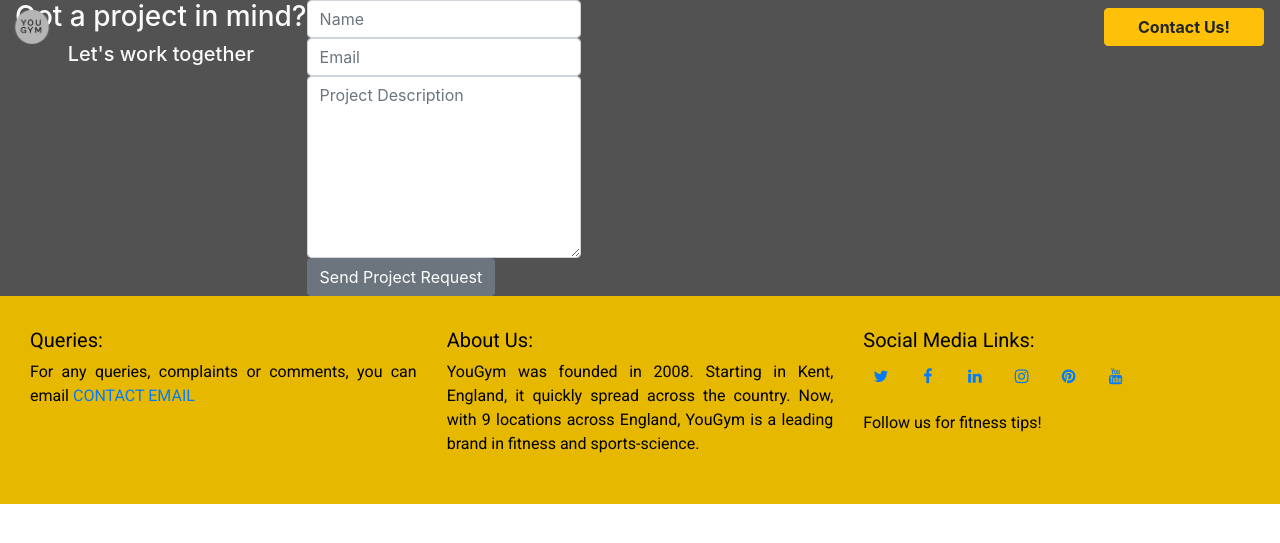
Repository: Felix-Redwood/Interactive-Frontend-Development-Milestone-Project
Page: contact.html
The author's editor kept a record of every edit. The page is drawn from the files as they stood at one moment, then again after the next edit.
The browser window is 1280 px wide. The pictures show the whole page.

Above is the page before.
Console error: ReferenceError: emailjs is not defined

After the next edit:
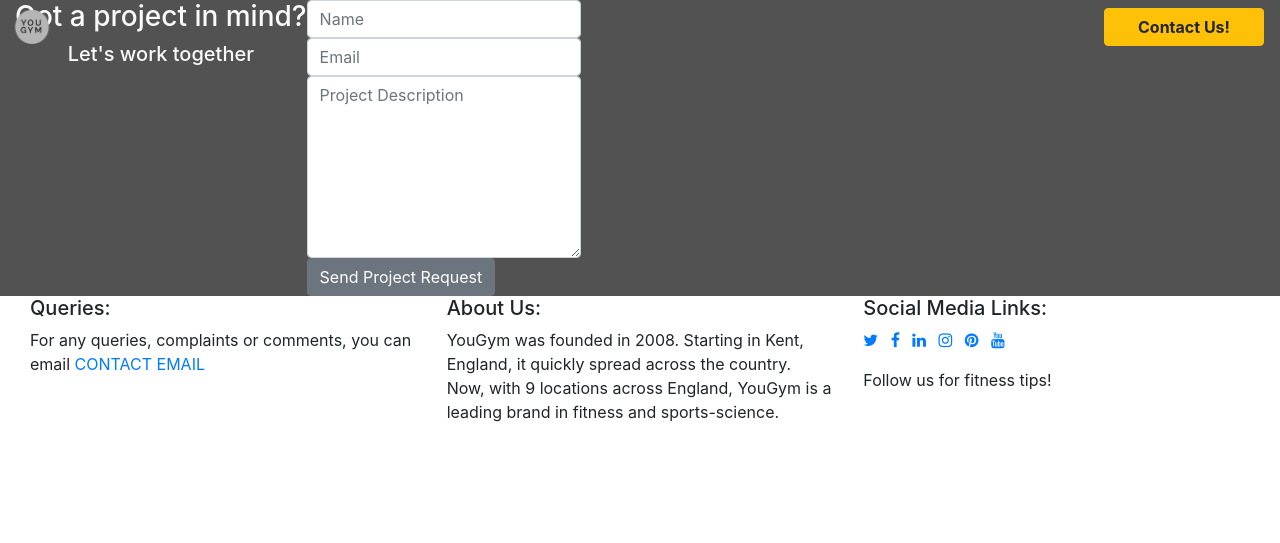
The edit:
--- a/assets/css/main.css
+++ b/assets/css/main.css
@@ -158,6 +158,13 @@
     margin: 0 auto;
     width: 100%;
     color: #fff;
+}
+
+.btn-send-mail {
+    {
+    color: #000 !important;
+    width: 20em;
+
 }
 
 /* Footer */

After the edit that followed:
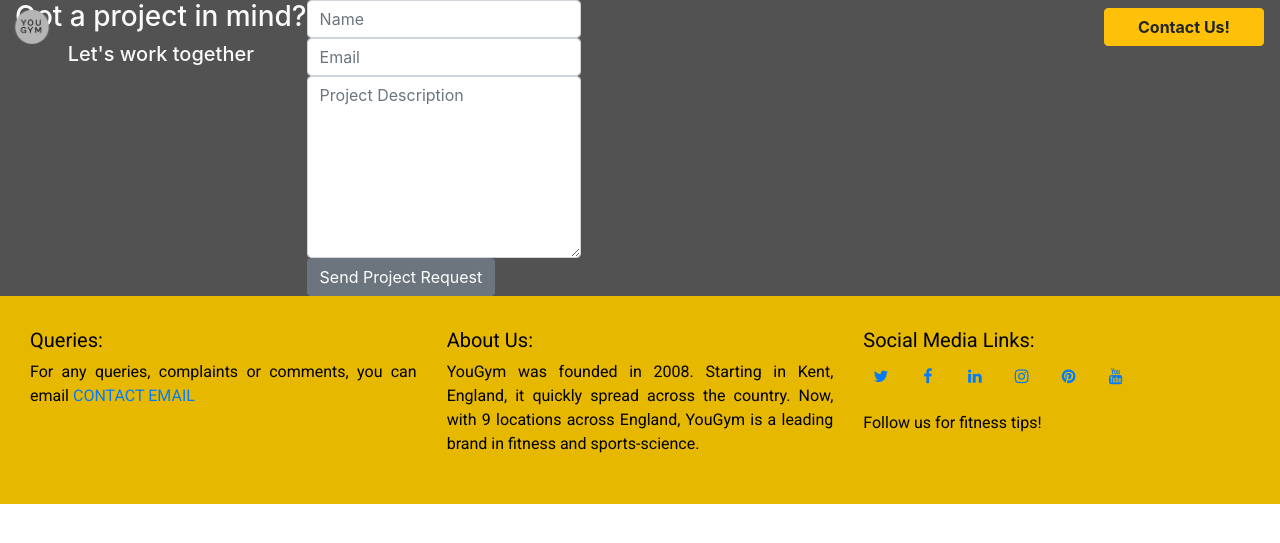
The edit:
--- a/assets/css/main.css
+++ b/assets/css/main.css
@@ -161,7 +161,6 @@
 }
 
 .btn-send-mail {
-    {
     color: #000 !important;
     width: 20em;
 
